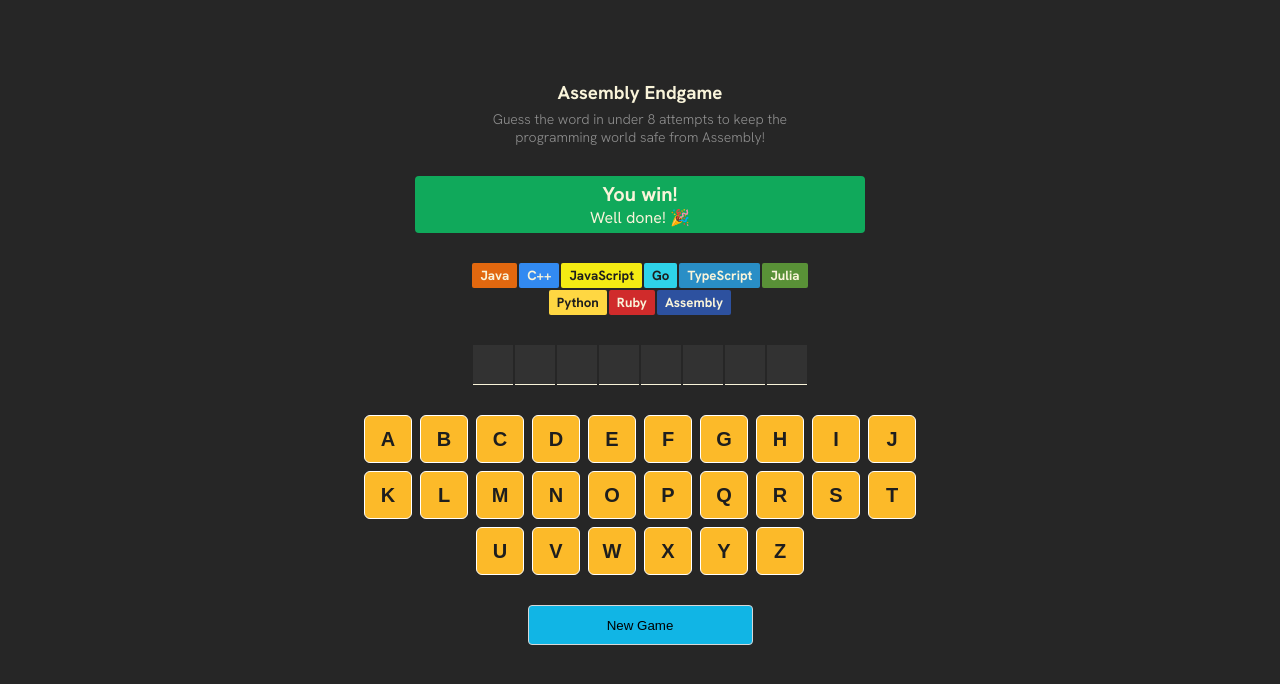
Repository: AchrafAzzaoui/AssemblyEndgame
Page: / (app in assembly-endgame/)
These files come from the project's save history. The page is drawn as it stood at one moment and after the next save; the edit follows.
The browser window is 1280 px wide. The pictures show the whole page.
The project was rebuilt for these pictures with package versions that can differ from the ones it lists, and the page was loaded fresh each time. Also part of the build but not shown: assembly-endgame/vite.config.js.

Above is the page before, as saved 2024-12-25 18:12:56.

After the next save:
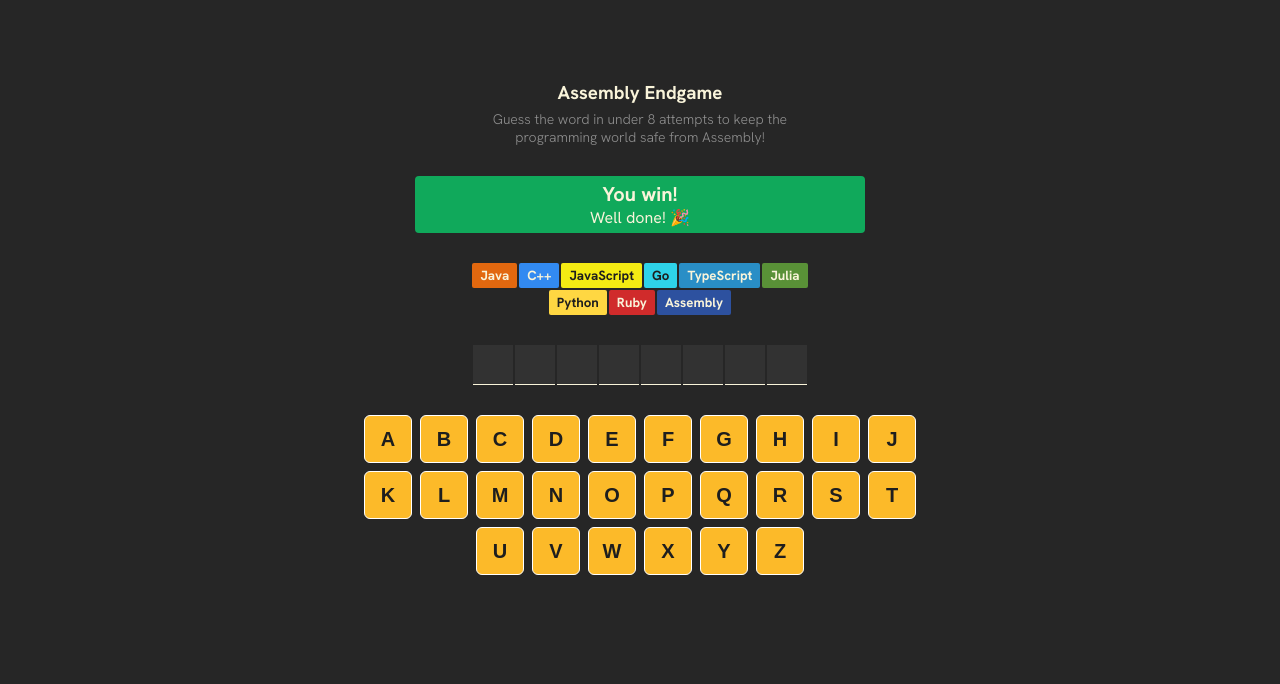
Saved 40 min 48 s later.
--- a/assembly-endgame/src/App.jsx
+++ b/assembly-endgame/src/App.jsx
@@ -1,4 +1,5 @@
 import { useState } from "react";
+import { languages } from "./data/languages.js";
 import Status from "./components/Status.jsx";
 import LanguageTags from "./components/LanguageTags.jsx";
 import WordDisplay from "./components/WordDisplay.jsx";
@@ -12,6 +13,10 @@
   const numWrongGuesses = guessedLetters.filter(
     (letter) => !correctWord.includes(letter)
   ).length;
+
+  const isGameOver =
+    numWrongGuesses === languages.length - 1 ||
+    correctWord.split("").every((letter) => guessedLetters.includes(letter));
 
   function addGuessedLetter(letter) {
     setGuessedLetters((prevGussedLetters) => {
@@ -41,7 +46,7 @@
         addGuessedLetter={addGuessedLetter}
         correctWord={correctWord}
       />
-      <NewGameButton />
+      {isGameOver && <NewGameButton />}
     </main>
   );
 }
